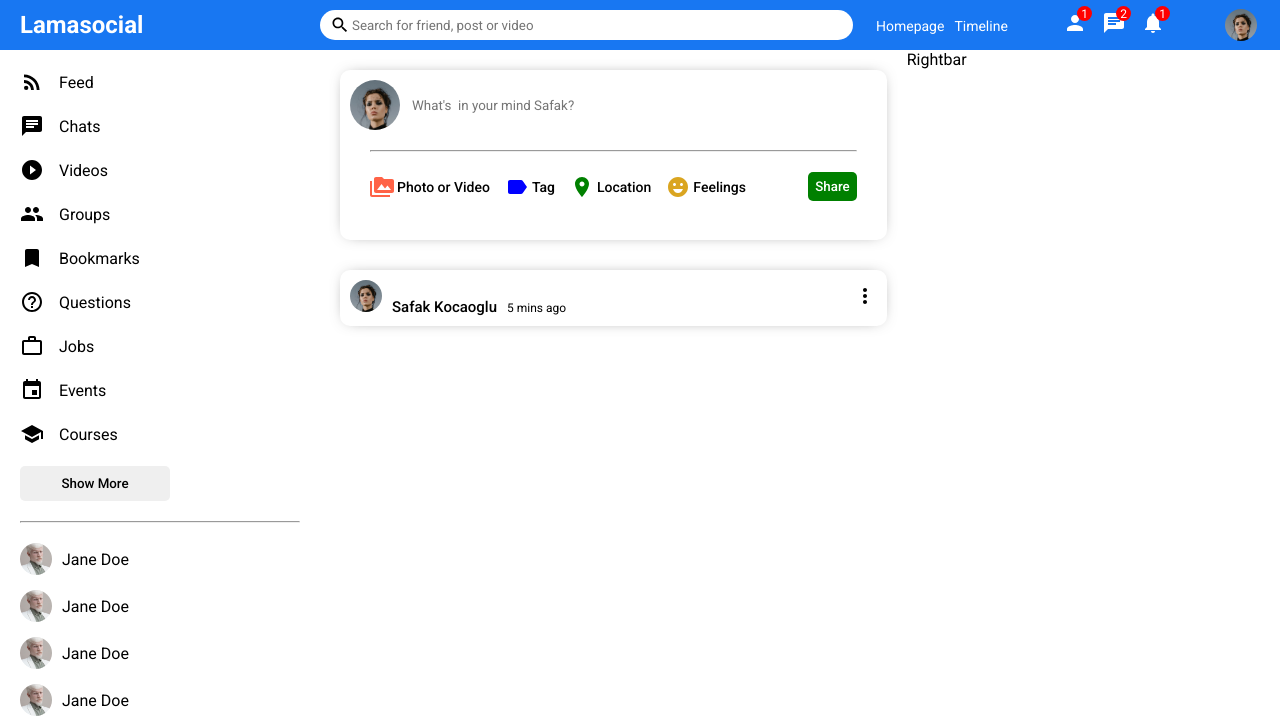
Repository: nazlinres01/react-social
Page: / (app in client/)
An editor plug-in stored every save of this project. The page is shown before and after the next save, followed by the edit.
The browser window is 1280 px wide. The pictures show the whole page.
The project was rebuilt for these pictures with package versions that can differ from the ones it lists, and the page was loaded fresh each time.

Above is the page before, as saved 2024-06-13 11:25:40.

### client/public/index.html
<!DOCTYPE html>
<html lang="en">

<head>
  <meta charset="utf-8" />
  <meta name="viewport" content="width=device-width, initial-scale=1" />
  <meta name="description" content="Web site created using create-react-app" />
  <link
    href="https://fonts.googleapis.com/css2?family=Roboto:ital,wght@0,100;0,300;0,400;0,500;0,700;0,900;1,100;1,300;1,400;1,500;1,700;1,900&display=swap"
    rel="stylesheet">
    <link rel="stylesheet" href="style.css">
  <title>Social App</title>
</head>

<body>
  <noscript>You need to enable JavaScript to run this app.</noscript>
  <div id="root"></div>
</body>

</html>

### client/src/App.js
import Home from "./pages/home/Home";

function App() {
  return <Home />
}

export default App;

### client/src/pages/home/Home.jsx
import Feed from "../../components/feed/Feed";
import Rightbar from "../../components/rightbar/Rightbar";
import Sidebar from "../../components/sidebar/Sidebar";
import Topbar from "../../components/topbar/Topbar";
import "./home.css"

export default function Home() {
    return (
        <>
            <Topbar />
            <div className="homeContainer">
                <Sidebar />
                <Feed />
                <Rightbar />

            </div>

        </>
    );
}

### client/src/components/feed/Feed.jsx
import Post from "../post/Post"
import Share from "../share/Share"
import "./feed.css"

export default function Feed() {
    return (
        <div className="feed">
            <div className="feedWrapper">
                <Share />
                <Post />

            </div>
        </div>
    )
}

### client/src/components/rightbar/Rightbar.jsx
import "./rightbar.css"

export default function Rightbar() {
    return (
        <div className="rightbar">
            Rightbar</div>
    )
}

### client/src/components/sidebar/Sidebar.jsx
import "./sidebar.css"
import { Bookmark, Chat, Event, Group, HelpOutline, PlayCircleFilledOutlined, RssFeed, School, WorkOutline } from "@material-ui/icons"

export default function Sidebar() {
    return (
        <div className="sidebar">
            <div className="sidebarWrapper">
                <ul className="sidebarList">
                    <li className="sidebarListItem">
                        <RssFeed className="sidebarIcon" />
                        <span className="sidebarListItemText">Feed</span>
                    </li>
                    <li className="sidebarListItem">
                        <Chat className="sidebarIcon" />
                        <span className="sidebarListItemText">Chats</span>
                    </li>
                    <li className="sidebarListItem">
                        <PlayCircleFilledOutlined className="sidebarIcon" />
                        <span className="sidebarListItemText">Videos</span>
                    </li>
                    <li className="sidebarListItem">
                        <Group className="sidebarIcon" />
                        <span className="sidebarListItemText">Groups</span>
                    </li>
                    <li className="sidebarListItem">
                        <Bookmark className="sidebarIcon" />
                        <span className="sidebarListItemText">Bookmarks</span>
                    </li>
                    <li className="sidebarListItem">
                        <HelpOutline className="sidebarIcon" />
                        <span className="sidebarListItemText">Questions</span>
                    </li>
                    <li className="sidebarListItem">
                        <WorkOutline className="sidebarIcon" />
                        <span className="sidebarListItemText">Jobs</span>
                    </li>
                    <li className="sidebarListItem">
                        <Event className="sidebarIcon" />
                        <span className="sidebarListItemText">Events</span>
                    </li>
                    <li className="sidebarListItem">
                        <School className="sidebarIcon" />
                        <span className="sidebarListItemText">Courses</span>
                    </li>
                </ul>
                <button className="sidebarButton">Show More</button>
                <hr className="sidebarHr" />
                <ul className="sidebarFriendList">
                    <li className="sidebarFriend">
                        <img className="sidebarFriendImg" src="/assets/person/2.jpeg" alt="" />
                        <span className="sidebarFriendName">Jane Doe</span>
                    </li>
                    <li className="sidebarFriend">
                        <img className="sidebarFriendImg" src="/assets/person/2.jpeg" alt="" />
                        <span className="sidebarFriendName">Jane Doe</span>
                    </li>
                    <li className="sidebarFriend">
                        <img className="sidebarFriendImg" src="/assets/person/2.jpeg" alt="" />
                        <span className="sidebarFriendName">Jane Doe</span>
                    </li>
                    <li className="sidebarFriend">
                        <img className="sidebarFriendImg" src="/assets/person/2.jpeg" alt="" />
                        <span className="sidebarFriendName">Jane Doe</span>
                    </li>
                    <li className="sidebarFriend">
                        <img className="sidebarFriendImg" src="/assets/person/2.jpeg" alt="" />
                        <span className="sidebarFriendName">Jane Doe</span>
                    </li>
                    <li className="sidebarFriend">
                        <img className="sidebarFriendImg" src="/assets/person/2.jpeg" alt="" />
                        <span className="sidebarFriendName">Jane Doe</span>
                    </li>
                    <li className="sidebarFriend">
                        <img className="sidebarFriendImg" src="/assets/person/2.jpeg" alt="" />
                        <span className="sidebarFriendName">Jane Doe</span>
                    </li>
                    <li className="sidebarFriend">
                        <img className="sidebarFriendImg" src="/assets/person/2.jpeg" alt="" />
                        <span className="sidebarFriendName">Jane Doe</span>
                    </li>
                    <li className="sidebarFriend">
                        <img className="sidebarFriendImg" src="/assets/person/2.jpeg" alt="" />
                        <span className="sidebarFriendName">Jane Doe</span>
                    </li>
                    <li className="sidebarFriend">
                        <img className="sidebarFriendImg" src="/assets/person/2.jpeg" alt="" />
                        <span className="sidebarFriendName">Jane Doe</span>
                    </li>
                    <li className="sidebarFriend">
                        <img className="sidebarFriendImg" src="/assets/person/2.jpeg" alt="" />
                        <span className="sidebarFriendName">Jane Doe</span>
                    </li>
                    <li className="sidebarFriend">
                        <img className="sidebarFriendImg" src="/assets/person/2.jpeg" alt="" />
                        <span className="sidebarFriendName">Jane Doe</span>
                    </li>
                    <li className="sidebarFriend">
                        <img className="sidebarFriendImg" src="/assets/person/2.jpeg" alt="" />
                        <span className="sidebarFriendName">Jane Doe</span>
                    </li>
                </ul>
            </div>
        </div>
    )
}

### client/src/components/topbar/Topbar.jsx
import "./topbar.css"
import { Search, Person, Chat, Notifications } from "@material-ui/icons"

export default function Topbar() {
  return (
    <div className="topbarContainer">
      <div className="topbarLeft">
        <span className="logo">Lamasocial</span>
      </div>
      <div className="topbarCenter">
        <div className="searchbar">
          <Search className="searchIcon" />
          <input placeholder="Search for friend, post or video" className="searchInput" />
        </div>
      </div>
      <div className="topbarRight">
        <div className="topbarLinks">
          <span className="topbarLink">Homepage</span>
          <span className="topbarLink">Timeline</span>
        </div>
        <div className="topbarIcons">
          <div className="topbarIconItem">
            <Person />
            <span className="topbarIconBadge">1</span>
          </div>
          <div className="topbarIconItem">
            <Chat />
            <span className="topbarIconBadge">2</span>
          </div>
          <div className="topbarIconItem">
            <Notifications />
            <span className="topbarIconBadge">1</span>
          </div>
        </div>
        <img src="/assets/person/1.jpeg" alt="" className="topbarImg" />
      </div>

    </div>
  )
}

### client/src/components/post/Post.jsx
import { MoreVert } from "@material-ui/icons"
import "./post.css"

export default function Post() {
    return (
        <div className="post">
            <div className="postWrapper">
                <div className="postTop">
                    <div className="postTopLeft">
                        <img src="/assets/person/1.jpeg" alt="" className="postProfileImg" />
                        <span className="postUsername">Safak Kocaoglu</span>
                        <span className="postDate">5 mins ago</span>

                    </div>
                    <div className="postTopRight">
                        <MoreVert/>
                    </div>

                </div>
                <div className="postCenter"></div>
                <div className="postBottom"></div>

            </div>

        </div>
    )
}

### client/src/components/share/Share.jsx
import "./share.css";
import { PermMedia, Label, Room, EmojiEmotions } from "@material-ui/icons";

export default function Share() {
    return (
        <div className="share">
            <div className="shareWrapper">
                <div className="shareTop">
                    <img src="/assets/person/1.jpeg" alt="" className="shareProfileImg" />
                    <input placeholder="What's  in your mind Safak?" className="shareInput" />
                </div>
                <hr className="shareHr" />
                <div className="shareBottom">
                    <div className="shareOptions">
                        <div className="shareOption">
                            <PermMedia htmlColor="tomato" className="shareIcon" />
                            <span className="shareOptionText">Photo or Video</span>
                        </div>
                        <div className="shareOption">
                            <Label htmlColor="blue" className="shareIcon" />
                            <span className="shareOptionText">Tag</span>
                        </div>
                        <div className="shareOption">
                            <Room htmlColor="green" className="shareIcon" />
                            <span className="shareOptionText">Location</span>
                        </div>
                        <div className="shareOption">
                            <EmojiEmotions htmlColor="goldenrod" className="shareIcon" />
                            <span className="shareOptionText">Feelings</span>
                        </div>
                    </div>
                    <button className="shareButton">Share</button>
                </div>
            </div>
        </div>
    )
}

### client/src/components/rightbar/rightbar.css
.rightbar {
    flex: 3.5;
}

### client/src/components/sidebar/sidebar.css
.sidebar {
    flex: 3;
    height: calc(100vh - 50px);
    overflow-y: scroll;
}

::-webkit-scrollbar {
    width: 5px;
}

::-webkit-scrolbar-track {
    background-color: #f1f1f1;
}

::-webkit-scrollbar-thumb {
    background-color: rgb(179, 179, 179);
}

.sidebarWrapper {
    padding: 20px;
}

.sidebarList {
    padding: 0;
    margin: 0;
    list-style: none;
}

.sidebarListItem {
    display: flex;
    align-items: center;
    margin-bottom: 20px;
}

.sidebarIcon {
    margin-right: 15px;
}

.sidebarButton {
    width: 150px;
    border: none;
    padding: 10px;
    border-radius: 5px;
    font-weight: 500;
}

.sidebarHr {
    margin: 20px 0;
}

.sidebarFriendList {
    padding: 0;
    margin: 0;
    list-style: none;
}

.sidebarFriend {
    display: flex;
    align-items: center;
    margin-bottom: 15px;
}

.sidebarFriendImg {
    width: 32px;
    height: 32px;
    border-radius: 50%;
    object-fit: cover;
    margin-right: 10px;
}

### client/src/components/topbar/topbar.css
.topbarContainer {
    height: 50px;
    width: 100%;
    background-color: #1877f2;
    display: flex;
    align-items: center;
    position: sticky;
    top: 0;
}

.topbarLeft {
    flex: 3;
}

.logo {
    font-size: 24px;
    margin-left: 20px;
    font-weight: bold;
    color: white;
    cursor: pointer;
}

.topbarCenter {
    flex: 5;
}

.searchbar {
    width: 100%;
    height: 30px;
    background-color: white;
    border-radius: 30px;
    display: flex;
    align-items: center;
}

.searchIcon {
    font-size: 20px !important;
    margin-left: 10px;
}

.searchInput {
    border: none;
    width: 70%;
}

.searchInput:focus {
    outline: none;
}

.topbarRight {
    flex: 4;
    display: flex;
    align-items: center;
    justify-content: space-around;
    color: white;
}

.topbarLink {
    margin-right: 10px;
    font-size: 14px;
    cursor: pointer;
}

.topbarIcons {
    display: flex;
}

.topbarIconItem {
    margin-right: 15px;
    cursor: pointer;
    position: relative;

}

.topbarIconBadge {
    width: 15px;
    height: 15px;
    background-color: red;
    border-radius: 50%;
    color: white;
    position: absolute;
    top: -5px;
    right: -5px;
    display: flex;
    align-items: center;
    justify-content: center;
    font-size: 12px;
}

.topbarImg {
    width: 32px;
    height: 32px;
    border-radius: 50%;
    object-fit: cover;
    cursor: pointer;
}

### client/src/components/post/post.css
.post {
    width: 100%;
    border-radius: 10px;
    -webkit-box-shdow: 0px 0px 16px -8px rgba(0, 0, 0, 0.68);
    box-shadow: 0px 0px 16px -8px rgba(0, 0, 0, 0.68);
    margin: 30px 0;
}

.postWrapper {
    padding: 10px;
}

.postTop {
    display: flex;
    align-items: center;
    justify-content: space-between;
}

.portTopLeft {
    display: flex;
    align-items: center;
}

.postProfileImg {
    width: 32px;
    height: 32px;
    border-radius: 50%;
    object-fit: cover;
}

.postUsername {
    font-size: 15px;
    font-weight: 500;
    margin: 0 10px;
}

.postDate {
    font-size: 12px;
}

### client/src/components/share/share.css
.share {
    width: 100%;
    height: 170px;
    border-radius: 10px;
    -webkit-box-shdow: 0px 0px 16px -8px rgba(0, 0, 0, 0.68);
    box-shadow: 0px 0px 16px -8px rgba(0, 0, 0, 0.68);
}

.shareWrapper {
    padding: 10px;
}

.shareTop {
    display: flex;
    align-items: center;
}

.shareProfileImg {
    width: 50px;
    height: 50px;
    border-radius: 50%;
    object-fit: cover;
    margin-right: 10px;
}

.shareInput {
    border: none;
    width: 80%;
}

.shareInput:focus {
    outline: none;
}

.shareHr {
    margin: 20px;
}

.shareBottom {
    display: flex;
    align-items: center;
    justify-content: space-between;
}

.shareOptions {
    display: flex;
    margin-left: 20px;
}

.shareOption {
    display: flex;
    align-items: center;
    margin-right: 15px;
    cursor: pointer;
}

.shareIcon {
    font-size: 18px;
    margin-right: 3px
}

.shareOptionText {
    font-size: 14px;
    font-weight: 500;
}

.shareButton {
    border: none;
    padding: 7px;
    border-radius: 5px;
    background-color: green;
    font-weight: 500;
    margin-right: 20px;
    cursor: pointer;
    color: white;
}

Loaded but not shown: client/src/index.js (common file); client/src/pages/home/home.css (common file); client/src/components/feed/feed.css (common file); client/public/style.css (common file)

After the next save:
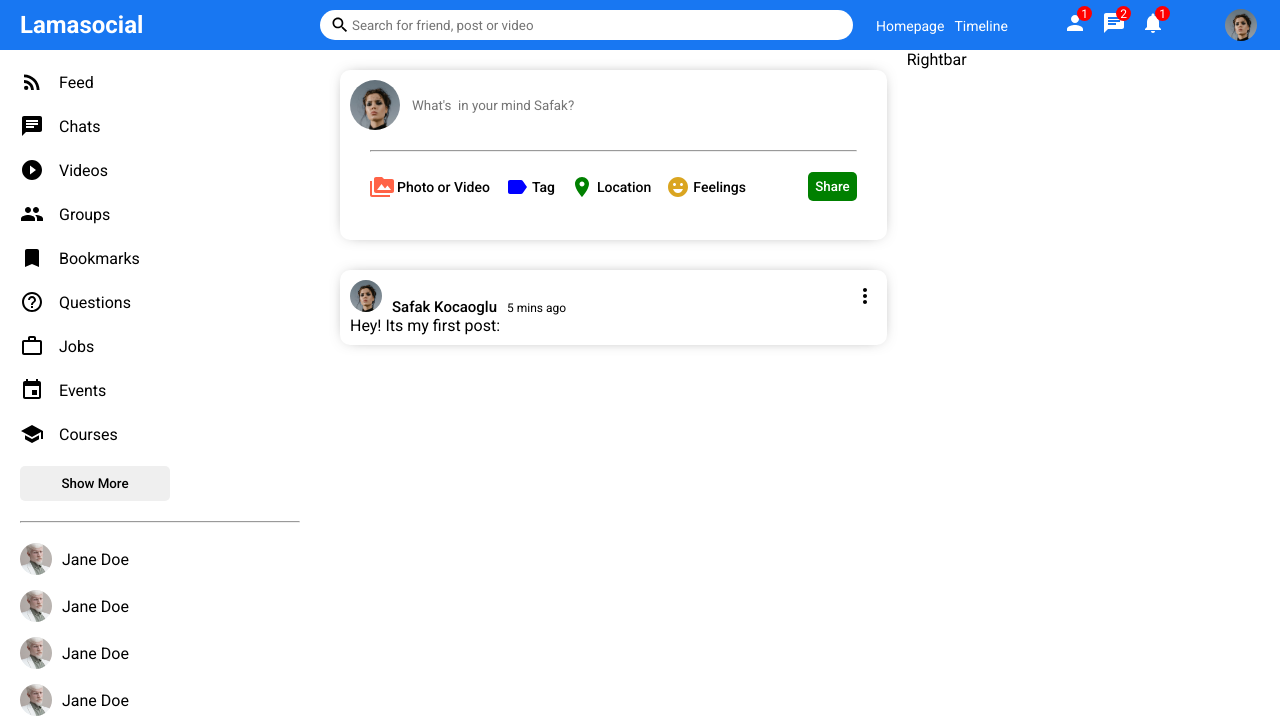
Saved 67 s later.
--- a/client/src/components/post/Post.jsx
+++ b/client/src/components/post/Post.jsx
@@ -13,11 +13,13 @@ export default function Post() {
 
                     </div>
                     <div className="postTopRight">
-                        <MoreVert/>
+                        <MoreVert />
                     </div>
 
                 </div>
-                <div className="postCenter"></div>
+                <div className="postCenter">
+                    <span className="postText">Hey! Its my first post:</span>
+                </div>
                 <div className="postBottom"></div>
 
             </div>
